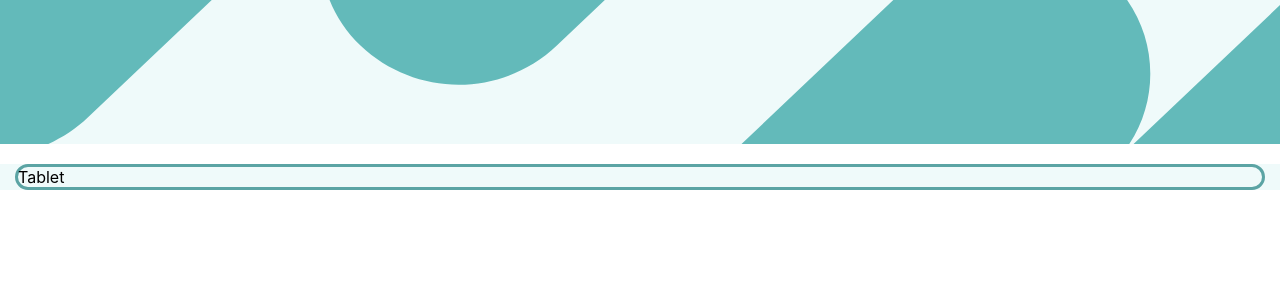
Repository: DevLaukey/job-listing
Page: /
The author's editor kept a copy of each file at every save. The page is drawn from the files as they stood at one save, then again after the next save.
The browser window is 1280 px wide. The pictures show the whole page.
The project was rebuilt for these pictures with package versions that can differ from the ones it lists, and the page was loaded fresh each time.

Above is the page before, as saved 2022-06-02 15:50:15.

After the next save:
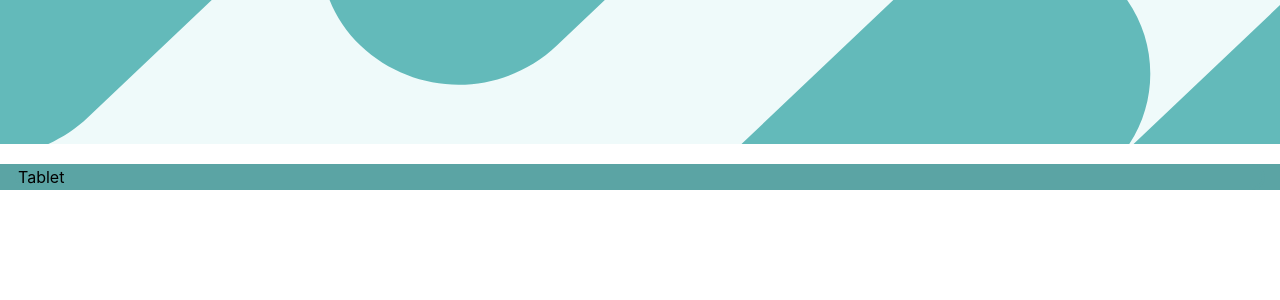
Saved 3 s later.
--- a/src/App.css
+++ b/src/App.css
@@ -4,5 +4,5 @@
   box-sizing: border-box;
 }
 .content{
-  background-color: hsl(180, 52%, 96%);
+  background-color: hsl(180, 29%, 50%);
 }

After the save that followed:
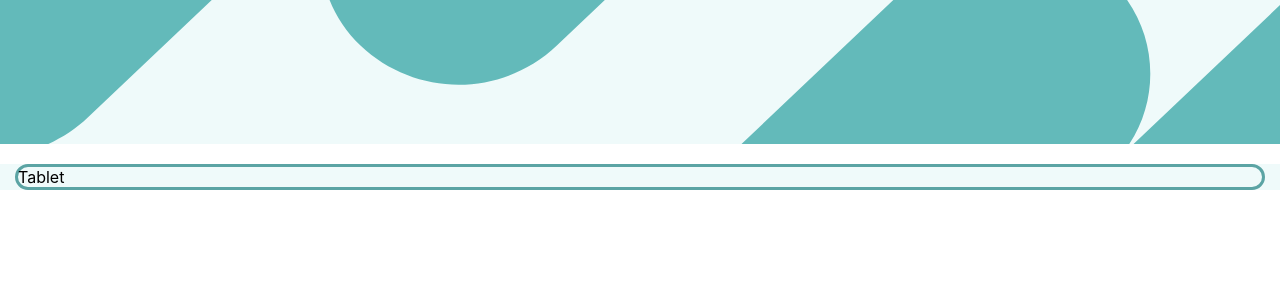
Saved 5 s later.
--- a/src/App.css
+++ b/src/App.css
@@ -4,5 +4,5 @@
   box-sizing: border-box;
 }
 .content{
-  background-color: hsl(180, 29%, 50%);
+  background-color: hsl(180, 52%, 96%);
 }
